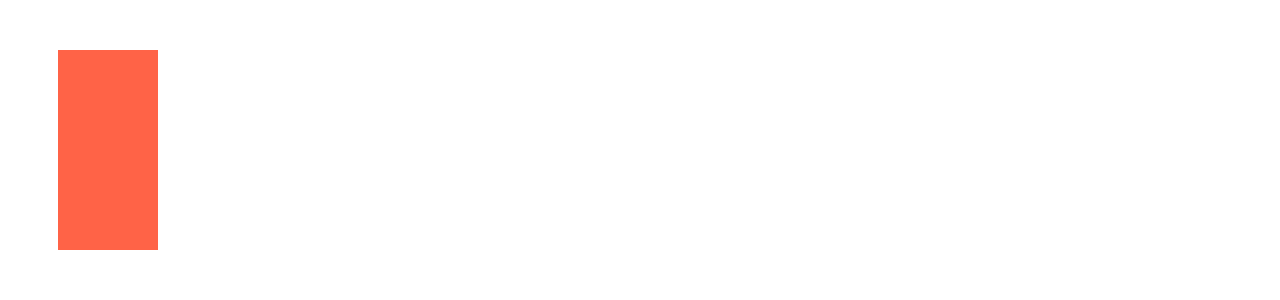
Repository: codeinstitute-davidhubber/ci-css_transformations-css_transformations-challenge-3
Page: index.html
The author's editor kept a record of every edit. The page is drawn from the files as they stood at one moment, then again after the next edit.
The browser window is 1280 px wide. The pictures show the whole page.
The pointer rests on the first visible `.element`.

Above is the page before.

After the next edit:
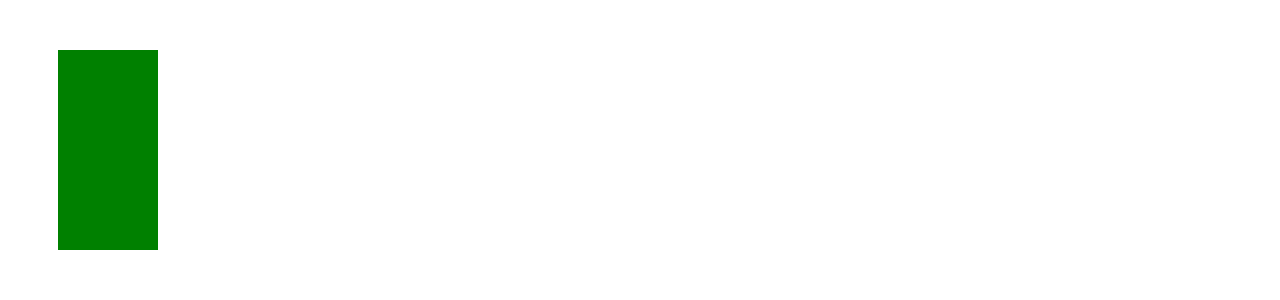
The edit:
--- a/css/main.css
+++ b/css/main.css
@@ -8,6 +8,7 @@
 
 .element:hover {
     transition-duration: 1s;
-    transform: translateX(100% 100%)
+    transform: translateX(500px 100px);
+    background-color: green
 
 }
